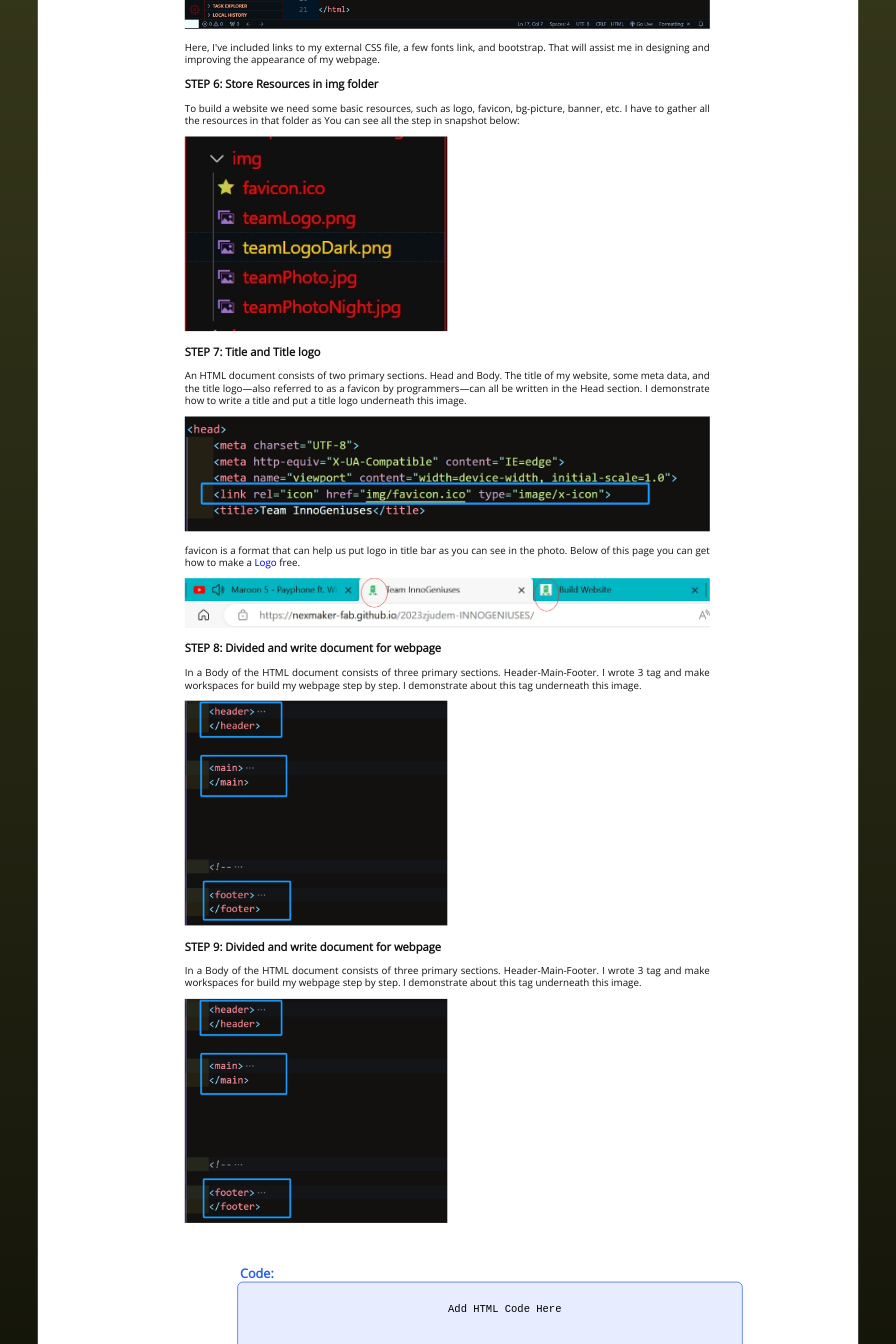
Repository: NexMaker-Fab/2023zjudem-INNOGENIUSES
Page: build web/page1.html
These files come from the project's save history. The page is drawn as it stood at one moment and after the next save; the edit follows.
The browser window is 1280 px wide. The pictures show the part of the page from y = 4580 to 6500 px (the page is 10485 px tall before and 10545 px after), at 70% of full size.

Above is the page before, as saved 2023-11-27 01:47:33.

After the next save:
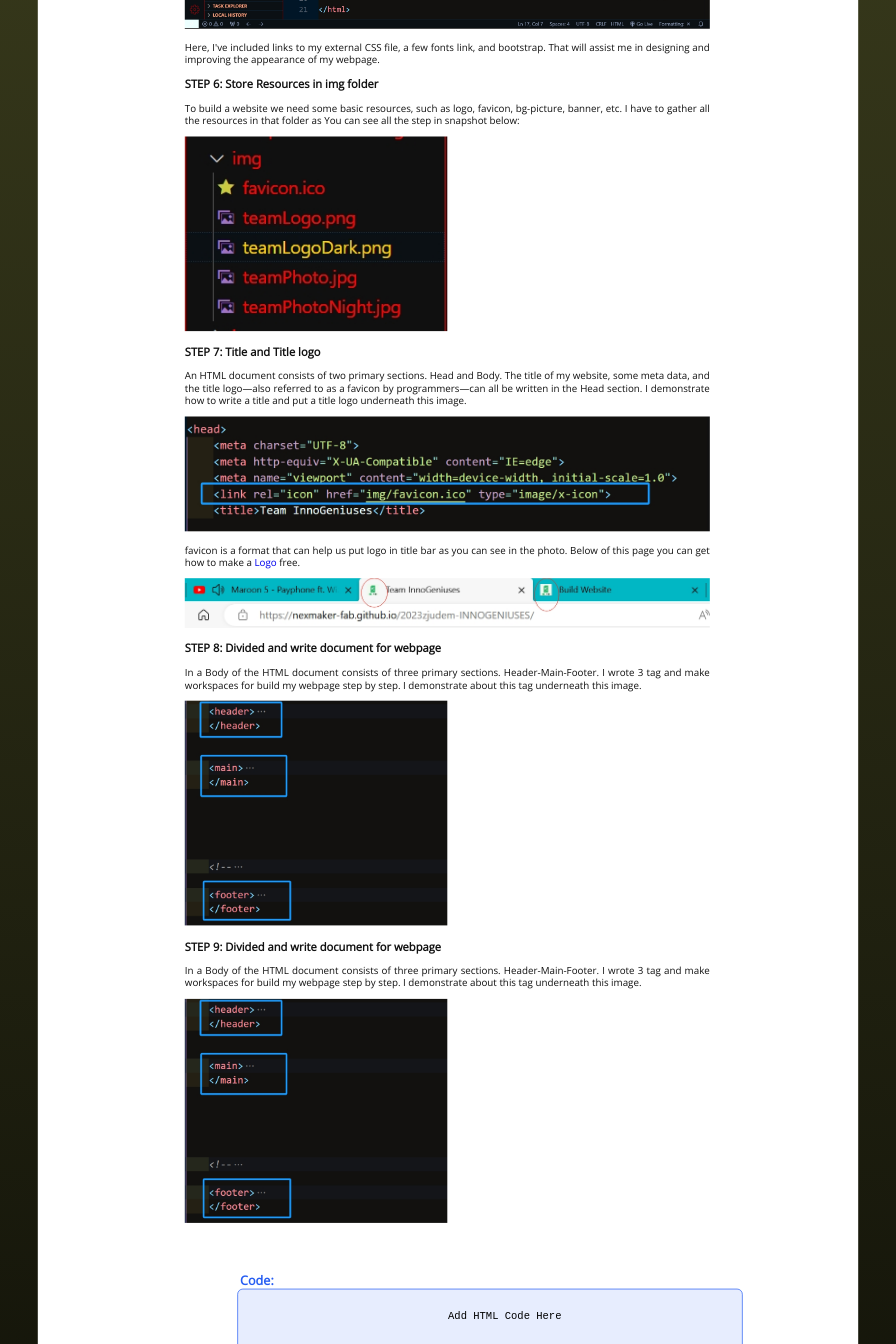
Saved 106 s later.
--- a/build web/styles.css
+++ b/build web/styles.css
@@ -436,8 +436,8 @@ ul#topnav li a:hover {
     display: flex;
     flex-direction: column;
     align-items: center;
-    padding: 0 30px;
-    margin-bottom: 60px;
+    padding: 10px 30px;
+    margin-bottom: 100px;
 }
 
 .text-boxes .text-box {
